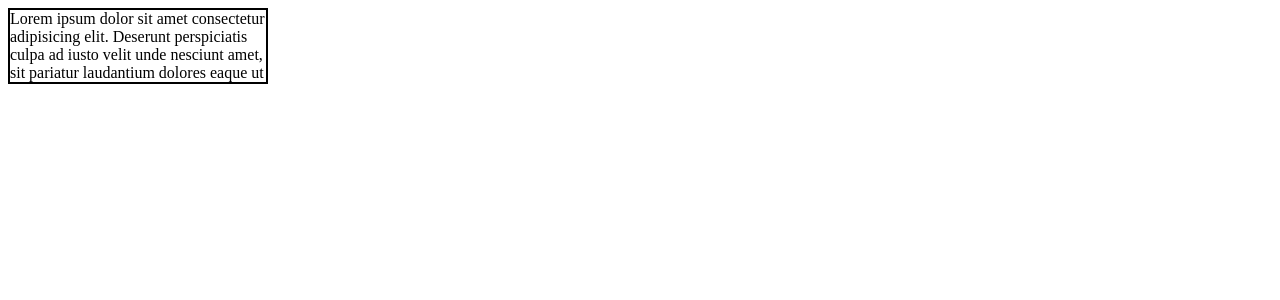
Repository: diensy/Web_dev
Page: Css/overflow/overflow.html
These files come from the project's save history. The page is drawn as it stood at one moment and after the next save; the edit follows.
The browser window is 1280 px wide. The pictures show the whole page.

Above is the page before, as saved 2024-05-25 23:26:45.

After the next save:
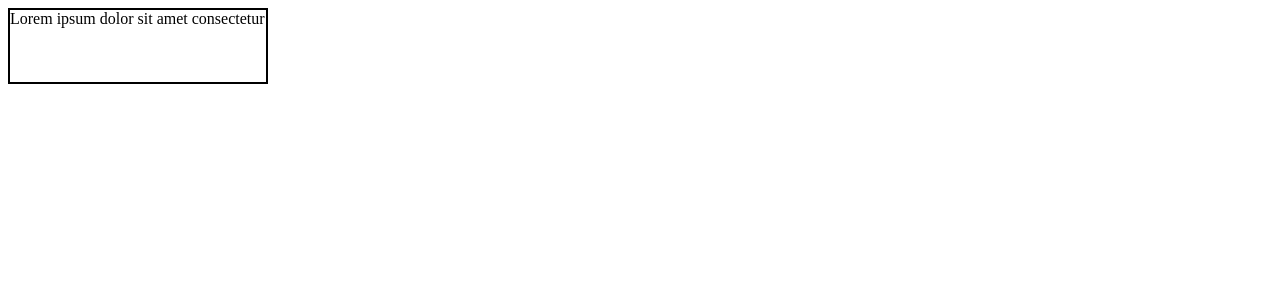
Saved 4 s later.
--- a/Css/overflow/overflow.css
+++ b/Css/overflow/overflow.css
@@ -2,6 +2,6 @@
   width: 20vw;
   height: 10vh;
   border: 2px solid black;
-  overflow:auto;
-  white-space: no;
+  overflow: auto;
+  white-space: nowrap;
 }
